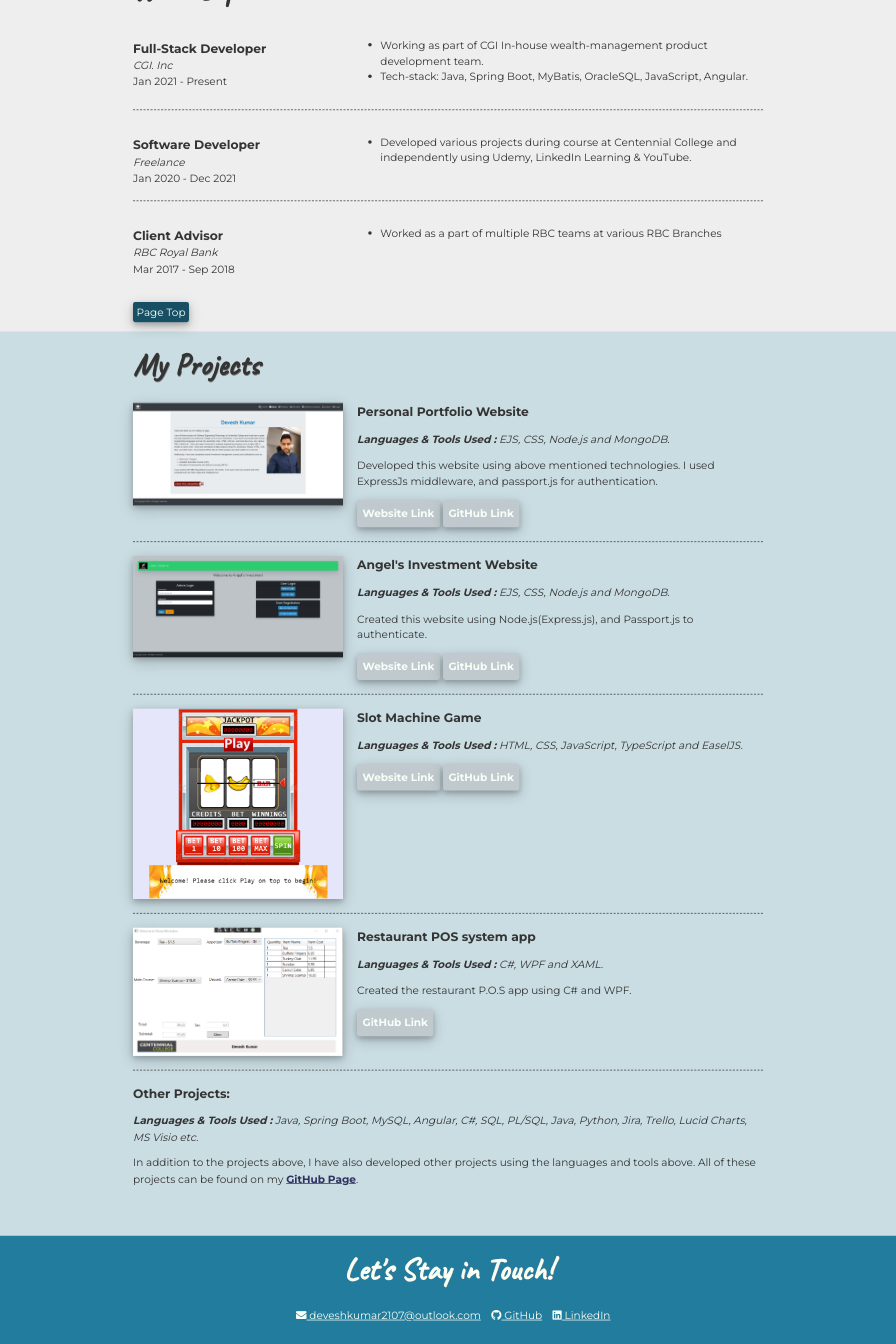
Repository: My-Web-Page/MyWebPage
Page: index.html
These files come from the project's save history. The page is drawn as it stood at one moment and after the next save; the edit follows.
The browser window is 1280 px wide. The pictures show the part of the page from y = 1996 to 3916 px (the page is 3916 px tall), at 70% of full size.
Some web libraries are served in a nearby version.

Above is the page before, as saved 2023-04-11 08:57:15.

### index.html
<!DOCTYPE html>
<html lang="en">

<head>
    <meta charset="UTF-8">
    <meta name="viewport" content="width=device-width, initial-scale=1.0">
    <link href="./assets/images/favicon.ico" rel="icon" type="image/x-icon" />

    <title> Devesh Kumar : Full-Stack Developer</title>
    <link rel="preconnect" href="https://fonts.gstatic.com">
    <link href="https://fonts.googleapis.com/css2?family=Caveat&family=Montserrat:wght@400;700&display=swap" rel="stylesheet">
    <link rel="stylesheet" href="https://pro.fontawesome.com/releases/v5.10.0/css/all.css" integrity="sha384-AYmEC3Yw5cVb3ZcuHtOA93w35dYTsvhLPVnYs9eStHfGJvOvKxVfELGroGkvsg+p" crossorigin="anonymous" />

    <link rel="stylesheet" href="style.css">
</head>

<body>
    <main>
        <!-- ***********************  ABOUT / PROFILE  *********************** -->
        <header>
            <div class="container">
                <h1>Devesh Kumar</h1>
                <h2>Software Developer</h2>
            </div>
        </header>

        <nav id="navbar">
            <ul class="nav-ul">
                <li>
                    <a href="#about-me"><i class="fas fa-info-circle"></i>About Me</a> </li>
                <li>
                    <a href="#projects"><i class="fab fa-elementor"></i>Projects</a></li>
                <li>
                    <a href="#education"><i class="fas fa-graduation-cap"></i>Education</a></li>
                <li>
                    <a href="#work-experience"><i class="fas fa-briefcase"></i>Work Experience</a></li>
                <li>
                    <a href="#contact"><i class="fas fa-mobile-alt"></i>Contact Me</a></li>
            </ul>
        </nav>

        <!-- *********************About Me***********************  -->
        <section id="about-me">
            <div class="container">
                <h2>About Me</h2>
                <p>Hello & Welcome! I am an experienced Software-Developer with over 3 years of software development experience. Graduate of Software Engineering Technician program from Centennial College. I have worked with various programming languages
                    and tools. Given below are the details: </p>
                <div class="grid-container">
                    <div class="grid-item">
                        <h3>Languages & tools</h3>
                        <p> Java, Spring Boot, Maven, Junit, OracleSQL, MyBatis, JavaScript, React, Linux, Git, Jira, Agile, Data Structures</p>
                    </div>

                    <div class="grid-item">
                        <h3>Familiar / also work with</h3>
                        <p>Java, Spring Boot, C#, HTML/CSS, Bootstrap, Angular, Node.js, MongoDB, Shell Scripting, UML, MVC</p>
                    </div>
                </div>
                <p>I have also developed grasp over software engineering concepts such as Agile, SDLC models, Agile Project Management Concepts. I have also developed multiple projects using Java, Spring Boot, JavaScript, React, Node.js, HTML, CSS, C#, OracleSQL,
                    MySql, MyBatis, MongoDB and other tools. Additionally, I have also completed some investment management courses/certifications in the past and grown my knowledge in the sector.</p>

            </div>
        </section>

        <!-- *********************Pop-Ups***********************  -->
        <section class="popup-wrapper" id="popup">
            <div class="container">
                <p><button class="popup-close">Close</button></p>
                <img id="popup-img" alt="finalproject popup">
            </div>
        </section>


        <!-- ******************  EDUCATION & CERTIFICATIONS ****************** -->
        <section id="education" class="education">
            <div class="container item-details">

                <h2>Education</h2>

                <section>
                    <h3>Software Engineering Technician Diploma</h3>
                    <p>Centennial College, Toronto ON, 2020-2021</p>
                    <p>4 semesters full-time software engineering diploma program </p>
                </section>

                <section>
                    <h3>Java Full-Stack Developer Bootcamp, Stackroute NIIT</h3>
                    <p>Jan 2021 - Apr 2022</p>
                    <p>Java, Spring Boot, Angular, MySQL</p>
                </section>

                <br>
                <h2>Certifications</h2>
                <section>
                    <h3>Modern JavaScript (Complete guide, from Novice to Ninja)</h3>
                    <p>Udemy May 2021 : The Net Ninja (Shaun Pelling)</p>
                </section>
                <section>
                    <h3>JavaScript: Understanding the Weird Parts</h3>
                    <p>Udemy June 2021 : Anthony Alicea</p>
                </section>
                <section>
                    <h3>Modern React with Redux</h3>
                    <p>Udemy July 2021 : Stephen Grider</p>
                </section>
                <section>
                    <h3>React, NodeJS, Express & MongoDB - The MERN Fullstack Guide</h3>
                    <p>Udemy Aug 2021 : Academind by Maximilian Schwarzmüller</p>
                </section>
                <section>
                    <h3>Data Structures/Algorithms, Git & GitHub essentials, C# Essencials, HTML and CSS Essentials</h3>
                    <p>LinkedIn Learning, May 2021 - Sep 2021 </p>
                </section>
                <section>
                    <h3>Chartered Financial Analyst – CFA Level 1 Passed</h3>
                    <p>CFA Institute, 2018</p>
                </section>
                <br>
                <section class="csc">
                    <h3>Canadian Securities Course (CSC) &</h3>
                    <h3>Derivatives Fundamentals and Options Licensing (DFOL)</h3>
                    <p>Canadian Securities Institute, 2017-2019 </p>
                </section>

            </div>
        </section>

        <!-- ***********************  WORK EXPERIENCE  *********************** -->
        <section id="work-experience" class="work-experience">
            <div class="container item-details divider">
                <h2>Work Experience</h2>

                <!-- Job 1 -->
                <section class="job-item">
                    <div class="job-details">
                        <h3>Full-Stack Developer</h3>
                        <p>CGI. Inc</p>
                        <p>Jan 2021 - Present</p>
                    </div>
                    <div class="job-summary">
                        <ul>
                            <li>Working as part of CGI In-house wealth-management product development team.</li>
                            <li>Tech-stack: Java, Spring Boot, MyBatis, OracleSQL, JavaScript, Angular.</li>
                        </ul>
                    </div>
                </section>

                <!-- Job 2 -->
                <section class="job-item">
                    <div class="job-details">
                        <h3>Software Developer</h3>
                        <p>Freelance</p>
                        <p>Jan 2020 - Dec 2021</p>
                    </div>
                    <div class="job-summary">
                        <ul>
                            <li>Developed various projects during course at Centennial College and independently using Udemy, LinkedIn Learning & YouTube.
                            </li>
                        </ul>

                    </div>
                </section>

                <!-- Job 3 -->
                <section class="job-item">
                    <div class="job-details">
                        <h3>Client Advisor</h3>
                        <p>RBC Royal Bank</p>
                        <p>Mar 2017 - Sep 2018</p>
                    </div>
                    <div class="job-summary">
                        <ul>
                            <li>Worked as a part of multiple RBC teams at various RBC Branches</li>
                        </ul>

                    </div>
                </section>
                <a class="top-btn" href="#top">Page Top</a>

            </div>
        </section>

        <!-- ********************  PROJECTS / PORTFOLIO  ********************* -->
        <section id="projects" class="projects">
            <div class="container divider">
                <h2>My Projects</h2>
                <!-- Project 1 -->
                <section class="project-item clearfix">
                    <img class="project-image" src="./assets/images/assignment_2.png" alt="Portfolio Assignment Using Node.js, Bootstrap, EJS and MongoDB">
                    <h3>Personal Portfolio Website</h3>
                    <p> <strong>Languages & Tools Used :</strong> EJS, CSS, Node.js and MongoDB.</p>
                    <p>Developed this website using above mentioned technologies. I used ExpressJs middleware, and passport.js for authentication.</p>
                    <a class="btn" href="https://comp229-asnmt2.herokuapp.com/home" target="_blank">Website Link</a>
                    <a class="btn" href="https://github.com/portretrieve/Assignment_2" target="_blank">GitHub Link</a>
                </section>

                <!-- Project 2 -->
                <section class="project-item clearfix">
                    <img class="project-image" src="./assets/images/final_project.png" alt="Final Project Using Node.js, Bootstrap, EJS and MongoDB">
                    <h3>Angel's Investment Website</h3>
                    <p> <strong>Languages & Tools Used :</strong> EJS, CSS, Node.js and MongoDB.</p>
                    <p>Created this website using Node.js(Express.js), and Passport.js to authenticate.</p>
                    <a class="btn" href="https://angelinvestfinal.herokuapp.com/" target="_blank">Website Link</a>
                    <a class="btn" href="https://github.com/Angel-Investor/AngelInvestor-Web-App" target="_blank">GitHub Link</a>
                </section>

                <!-- Project 3 -->
                <section class="project-item clearfix">
                    <img class="project-image" src="./assets/images/slot-machine.png" alt="Casino slot machine game using HTML, CSS, JavaScript, TypeScript and EaselJS">
                    <h3>Slot Machine Game</h3>
                    <p> <strong>Languages & Tools Used :</strong> HTML, CSS, JavaScript, TypeScript and EaselJS.</p>
                    <a class="btn" href="https://portretrieve.github.io/COMP125-Assignment-4-CreateJS-Slot-Machine/" target="_blank">Website Link</a>
                    <a class="btn" href="https://github.com/portretrieve/COMP125-Assignment-4-CreateJS-Slot-Machine" target="_blank">GitHub Link</a>
                </section>

                <!-- Project 4 -->
                <section class="project-item clearfix">
                    <img class="project-image" src="./assets/images/restaurant_app.png" alt="Restaurant app using C# WPF MVVM">
                    <h3>Restaurant POS system app</h3>
                    <p> <strong>Languages & Tools Used :</strong> C#, WPF and XAML.</p>
                    <p>Created the restaurant P.O.S app using C# and WPF.</p>
                    <a class="btn" href="https://github.com/portretrieve/Restaurant_app" target="_blank">GitHub Link</a>
                </section>
                <section>
                    <h3>Other Projects: </h3>
                    <p> <strong>Languages & Tools Used :</strong> Java, Spring Boot, MySQL, Angular, C#, SQL, PL/SQL, Java, Python, Jira, Trello, Lucid Charts, MS Visio etc. </p>
                    <p>In addition to the projects above, I have also developed other projects using the languages and tools above. All of these projects can be found on my <span><a href="https://github.com/portretrieve" target="_blank">GitHub Page</a>.</span></p>
                </section>
            </div>
        </section>
        <!-- *****************  CONTACT INFO / SOCIAL MEDIA  ***************** -->
        <footer>
            <div id="contact" class="container">
                <h2>Let's Stay in Touch!</h2>
                <!-- Social media and contact links. Add or remove any networks. -->
                <ul class="contact-list">
                    <li><a href="mailto:deveshkumar2107@hotmail.com"><i class="fas fa-envelope"></i>&nbsp;deveshkumar2107@outlook.com</a></li>
                    <li><a href="https://github.com/portretrieve" target="_blank"><i class="fab fa-github"></i>&nbsp;GitHub</a></li>
                    <li><a href="https://www.linkedin.com/in/devesh-kumar-2aa03b64/" target="_blank"><i class="fab fa-linkedin"></i>&nbsp;LinkedIn</a></li>
                </ul>
            </div>
        </footer>
    </main>
    <script src="./script.js"></script>
</body>

</html>

### style.css
    /*
COLOR PALETTE
https://coolors.co/f7fff7-343434-2f3061-ffe66d-a1c6d7
#F7FFF7 - almost white
#343434 - dark gray - almost black
#2F3061 - blue dark
#FFE66D - yellow
#A1C6D7 - blue light
*/
    /* Global styles
------------------------------------*/

    html {
        box-sizing: border-box;
        scroll-behavior: smooth;
        --header-height: 75px;
        scroll-padding-top: var(--header-height);
    }

    *,
    *:before,
    *:after {
        box-sizing: inherit;
    }

    body {
        color: #343434;
        margin: 0;
        padding: 0;
        font-family: 'Montserrat', sans-serif;
        font-size: 15px;
        line-height: 1.5;
    }

    .clearfix::after {
        content: "";
        clear: both;
        display: table;
    }

    .project-image {
        width: 300px;
        text-shadow: gray 2px 2px 2px;
        box-shadow: 0 4px 8px 0 rgba(0, 0, 0, 0.2), 0 6px 20px 0 rgba(0, 0, 0, 0.19);
        cursor: pointer;
    }

    .project-image:hover {
        transform: scale(1.02);
    }

    a {
        color: #F7FFF7;
    }

    a:hover {
        text-decoration: none;
    }

    h1 {
        font-size: 100px;
        line-height: .9;
        margin-top: 120px;
        margin-bottom: 0;
        text-shadow: gray 1px 1px 1px;
    }

    h2 {
        font-size: 45px;
        text-shadow: gray .5px .5px .5px;
    }

    h1,
    h2 {
        font-family: 'Caveat', cursive;
        font-weight: 600px;
    }

    h2 {
        margin: 0;
        margin-bottom: 20px;
    }

    .container {
        max-width: 900px;
        width: 80%;
        margin: 0 auto;
        padding: 15px 0;
    }

    h3 {
        margin-bottom: 0;
    }

    h3+p {
        font-style: italic;
    }

    .item-details h3~p {
        margin: 0;
    }

    .divider>section {
        border-bottom: 1px dashed #343434;
        margin-bottom: 20px;
        padding-bottom: 20px;
    }

    .divider>section:last-of-type {
        border-bottom: none;
    }
    /*****Nav*****/

    nav {
        background-color: #227C9D;
        padding: 5px 0;
        position: relative;
        height: var(--header-height);
    }

    @supports (position: sticky) {
        nav {
            position: sticky;
            top: 0;
        }
    }

    .nav-ul li {
        list-style-type: none;
    }

    .nav-ul li:hover {
        transform: scale(1.02);
    }

    .nav-ul li a {
        text-decoration: none;
        font-size: 18px;
    }

    .top-btn {
        background-color: #174F64;
        color: #F7FFF7;
        padding: 5px;
        text-decoration: none;
        border-radius: 3px;
        box-shadow: 0 4px 8px 0 rgba(0, 0, 0, 0.2), 0 6px 20px 0 rgba(0, 0, 0, 0.19);
    }

    .top-btn:hover {
        background-color: #1E6A85;
        transform: scale(1.01);
    }
    /*************Popup**********/

    .popup-wrapper {
        background: rgba(0, 0, 0, 0.5);
        position: fixed;
        top: 0;
        left: 0;
        width: 100%;
        height: 100%;
        display: flex;
        flex-direction: column;
        justify-content: center;
        text-align: center;
        display: none;
    }

    #popup-img {
        max-width: 100%;
        flex: 1 1 0;
    }

    .popup-close {
        cursor: pointer;
    }

    .popup-wrapper p {
        text-align: center;
        margin: 150px 0 0 0;
    }

    .popup-wrapper p button {
        text-align: center;
        background: crimson;
        font-size: 15px;
        border-radius: 4px;
        padding: 10px;
        color: white;
    }
    /*****About Me******/

    #about-me {
        background-color: #EEE;
    }

    .grid-container {
        color: #F7FFF7;
        box-shadow: 0 4px 8px 0 rgba(0, 0, 0, 0.2), 0 6px 20px 0 rgba(0, 0, 0, 0.19);
    }

    .grid-container .grid-item {
        background-color: #227C9D;
        padding: 0 20px;
        font-size: 16px;
    }

    .grid-container .grid-item:hover {
        transform: scale(1.01);
    }

    #my-page-repo {
        color: #343434;
    }
    /* Profile
------------------------------------*/

    header {
        color: #643C2B;
    }
    /* Projects
------------------------------------*/

    .projects {
        background: #CADDE3;
    }

    .projects a {
        color: #2f315f;
        font-weight: bold;
    }

    .projects .btn {
        color: #F7FFF7;
        background: #c0cace;
        text-decoration: none;
        padding: 8px;
        border-radius: 4px;
        display: inline-block;
        box-shadow: 0 4px 8px 0 rgba(0, 0, 0, 0.2), 0 6px 20px 0 rgba(0, 0, 0, 0.19);
    }

    .projects .btn:hover {
        background-color: #1E6A85;
        transform: scale(1.01);
    }

    .project-item h3 {
        margin-top: 0;
    }
    /* Work Experience
------------------------------------*/

    .work-experience {
        background: #EEE;
    }
    /* Education
------------------------------------*/

    .education {
        background-image: url(./assets/images/leone-venter-VieM9BdZKFo-unsplash.jpg);
        background-size: cover;
        background-position: bottom left;
        padding-bottom: 20px;
    }

    .education p {
        width: 60%;
    }

    .csc h3 {
        margin-top: 0;
        margin-bottom: 0;
    }
    /* Contact Info
------------------------------------*/

    footer {
        background: #227C9D;
        color: #F7FFF7;
    }

    .contact-list {
        list-style-type: none;
        padding: 0;
    }

    .contact-list a {
        margin-left: 15px;
    }
    /* Responsive
---------------------------------------*/

    @media (min-width:750px) {
        .project-item img {
            margin-right: 20px;
            float: left;
        }
        .job-item {
            display: grid;
            grid-template-columns: 1fr 2fr;
            column-gap: 20px;
            row-gap: 10px;
        }
        header {
            background-image: url(./assets/images/georgie-cobbs-bKjHgo_Lbpo-unsplash.jpg);
            background-repeat: no-repeat;
            background-size: cover;
            height: 500px;
            background-position: bottom;
        }
        header,
        footer {
            text-align: center;
        }
        .contact-list {
            display: flex;
            justify-content: center;
        }
        .nav-ul {
            display: flex;
            flex-wrap: wrap;
            justify-content: center;
        }
        .nav-ul li {
            margin: 0 15px;
        }
        .grid-container {
            display: grid;
            grid-template-columns: 1fr 1fr;
            grid-gap: 10px;
        }
    }

    @media (max-width:749px) {
        header {
            background-color: #FEF9EF;
            text-align: center;
            padding-bottom: 10px;
        }
        h1 {
            font-size: 75px;
            margin-top: 15px;
        }
        h1,
        h2 {
            line-height: .9;
            margin-bottom: 15px;
        }
        nav {
            height: 250px;
        }
        .contact-list li {
            padding-bottom: 10px;
        }
        .nav-ul {
            text-align: left;
        }
        .nav-ul li {
            margin-bottom: 20px;
        }
        .grid-container .grid-item {
            padding: 10px;
            margin-top: 10px;
        }
    }

### script.js
let images = document.querySelectorAll(".project-image");

let popup = document.querySelector("#popup");
let popupImage = document.querySelector("#popup-img");

images.forEach((image) => {
  image.addEventListener("click", (e) => {
    popupImage.src = e.target.src;
    popup.style.display = "block";
  });
});

popup.addEventListener("click", (event) => {
  if (event.target === popupImage) {
    return;
  }
  popup.style.display = "none";
});

After the next save:
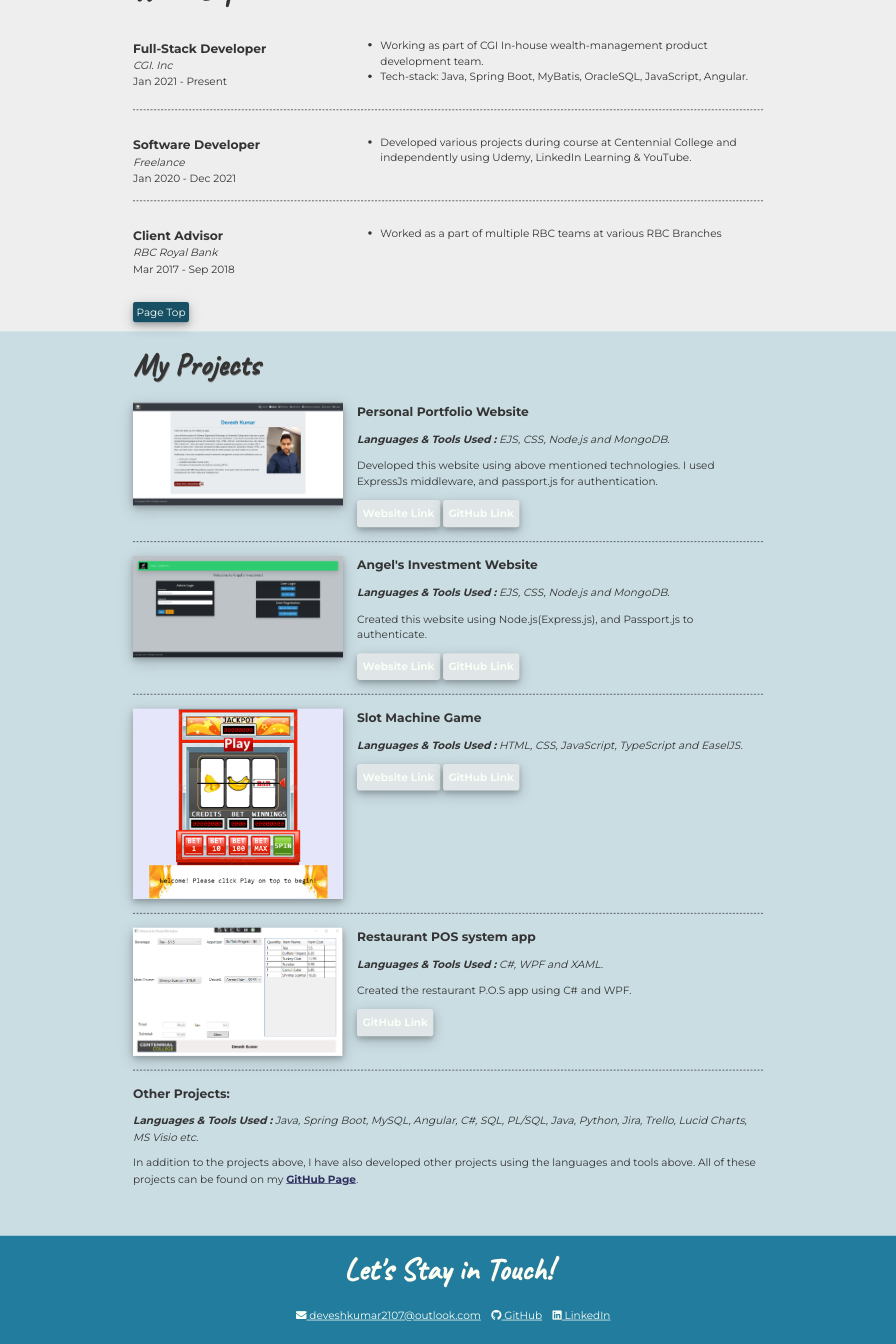
Saved 14 s later.
--- a/style.css
+++ b/style.css
@@ -233,7 +233,7 @@ https://coolors.co/f7fff7-343434-2f3061-ffe66d-a1c6d7
 
     .projects .btn {
         color: #F7FFF7;
-        background: #c0cace;
+        background: #e0e5e7;
         text-decoration: none;
         padding: 8px;
         border-radius: 4px;
